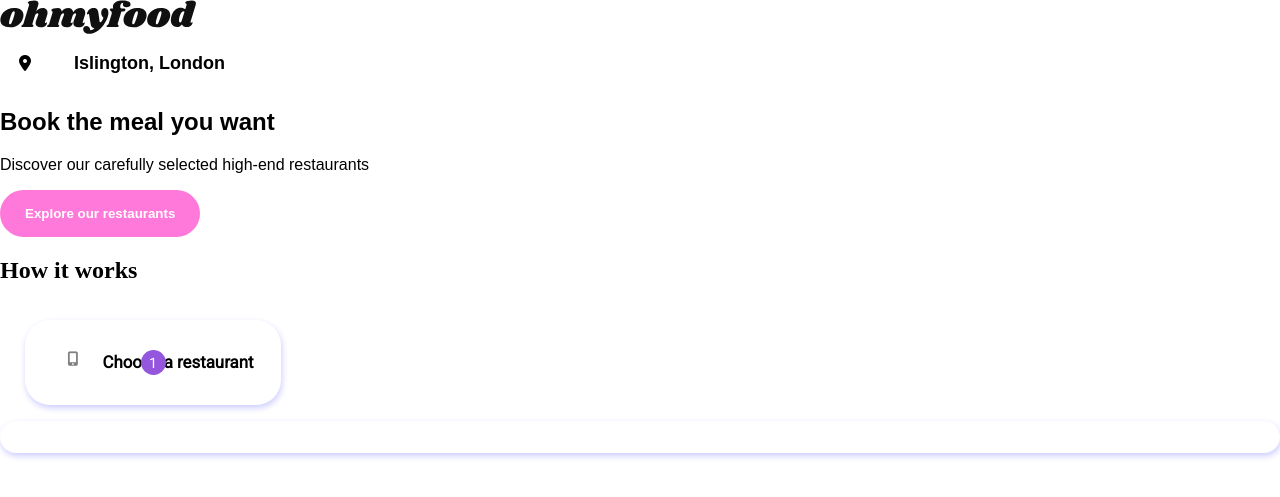
Repository: R1ptou/Project-3
Page: index.html
These files come from the project's save history. The page is drawn as it stood at one moment and after the next save; the edit follows.
The browser window is 1280 px wide. The pictures show the whole page.
Some web fonts or font styles are not loaded; a fallback is used. The style sheet was rebuilt from its Sass, Less or Tailwind sources for each picture, by a compiler version that may differ from the author's.

Above is the page before, as saved 2024-02-10 12:02:08.

### index.html
<!DOCTYPE html>
<html lang="en">
<head>
    <meta charset="UTF-8">
    <meta name="viewport" content="width=device-width, initial-scale=1.0">
    <title>ohmyfood</title>
    <link rel="preconnect" href="https://fonts.googleapis.com">
    <link rel="preconnect" href="https://fonts.googleapis.com">
    <link rel="preconnect" href="https://fonts.gstatic.com" crossorigin>
    <link href="https://fonts.googleapis.com/css2?family=Roboto&family=Shrikhand&display=swap" rel="stylesheet">
    <link rel="stylesheet" href="https://cdnjs.cloudflare.com/ajax/libs/font-awesome/6.2.1/css/all.min.css"
        integrity="sha512-MV7K8+y+gLIBoVD59lQIYicR65iaqukzvf/nwasF0nqhPay5w/9lJmVM2hMDcnK1OnMGCdVK+iQrJ7lzPJQd1w=="
        crossorigin="anonymous" referrerpolicy="no-referrer">
    <link rel="stylesheet" href="./css/style.css">
</head>
<body>
<!-- Header -->
    <div class="main-container">
        <header>
            <div class="logo"> <!-- Logo -->
               <img  src="./Images and text Ohmyfood/images/logo/ohmyfood@2x.svg" alt="ohmyfood logo" >
            </div>
            <form class="search-bar"> <!-- Search bar -->
                <div class="icon-search"><i class="text-black fa-solid fa-location-dot"></i></div>
                <input class="input-search" value="Islington, London" type="text">
            </form>
            <div class="headline"> <!-- Headline -->
                <h2>Book the meal you want</h2>
                <p>Discover our carefully selected high-end restaurants</p>
            </div>
            <button type="submit" class="button-search">Explore our restaurants</button> <!-- Submit button -->
        </header>
    </div>

<!-- How it works -->
    <section >
        <h2>How it works</h2>
        <div class="card-group">
        <a href="#" class="card">
            <i class="icon-no"> 1 </i>
            <i class="icon-pic fa-solid fa-mobile-screen-button"></i>
            <h3 class="card-text">Choose a restaurant</h3>
    </section>


<!-- Header -->
<!-- Header -->
<!-- Header -->

</body>
</html>

### scss/style.scss
/****** General ***********/

:root {
    --primary-color: #9356DC;
    --secondary-color: #FF79DA;
    --tertiary-color: #99E2D0;
}

body {
margin: 0;
padding: 0;
color: #000;
}

a {
    text-decoration: none;
}
/****** Header ***********/

/****** Logo ***********/

/****** Search bar ***********/

.search-bar {
    display: flex;
}

.icon-search {
    display: flex;
    justify-content: center;
    align-items: center;
    width: 50px;
    height: 50px;
    flex-shrink: 0;

}

.input-search {
    display: flex;
    border-width: 0;
    border-style: none;
    padding: 0 24px;
    font-weight: bold;
    font-size: 18px;
}
.input-search:focus {
    outline: none;
}

/****** Headline ***********/

.headline {
    font-family: "Shrikhand", sans-serif;
}


/****** Submit button ***********/

.button-search{
    padding: 16px 25px;
    color: #fff;
    font-weight: bold;
    background-color: var(--secondary-color);
    border-radius: 25px;
    border: none;
    justify-content: center;
}

.button-search:hover {


    background-color: var(--secondary-color);
    border-radius: 0 15px 15px 0px;
    border: none;
}

/****** How it works ***********/

.card-group {
    display: flex;
    flex-direction: column;
    justify-content: center;
    width: 20vw;
    padding: 16px 25px;
}

.card {
    display: flex;
    flex-direction: row;
    padding: 16px 25px;
    background: #fff;
    border-radius: 25px;
    box-shadow: 1px 3px 6px 0px rgba(0, 0, 255, .2);
    font: 0.9rem "Roboto", sans-serif;
    color: #000;
    justify-content: center;
    align-items: center;
}

.icon-pic {
    display: flex;
    flex-direction: row;
    background: none;
    color: grey;
    width: 20px;
    height: 20px;
    padding: 15px;
    flex-shrink: 0;
}

.icon-pic:hover {
    color: var(--primary-color);
}

.icon-no {
    position: absolute;

    background: var(--primary-color);
    border-radius: 50%;
    border: none;
    font: 0.9rem "Roboto", sans-serif;
    color: #fff;
    text-align: center;
    width: 15px;
    height: 15px;
    padding: 5px;
    flex-shrink: 0;
}

/****** Starters ***********/


/****** Mains ***********/


/****** Deserts ***********/


/****** Button ***********/

.btn {
    background-color: var(--primary-color);
}

/****** Label ***********/


/****** Icon ***********/


/****** Footer ***********/

After the next save:
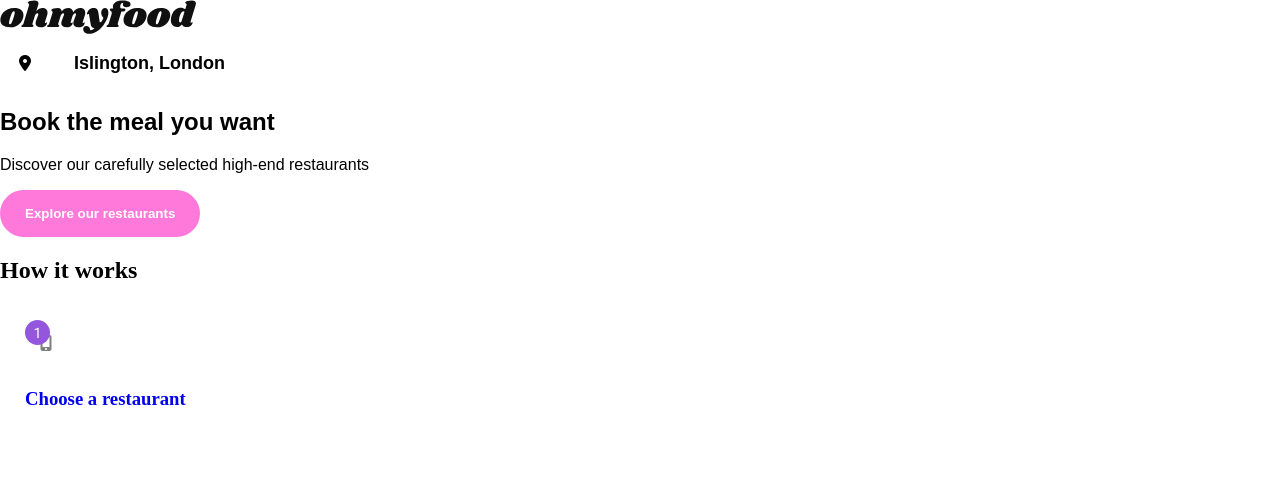
Saved 17 s later.
--- a/index.html
+++ b/index.html
@@ -36,7 +36,7 @@
     <section >
         <h2>How it works</h2>
         <div class="card-group">
-        <a href="#" class="card">
+        <a href="#" ">
             <i class="icon-no"> 1 </i>
             <i class="icon-pic fa-solid fa-mobile-screen-button"></i>
             <h3 class="card-text">Choose a restaurant</h3>

After the save that followed:
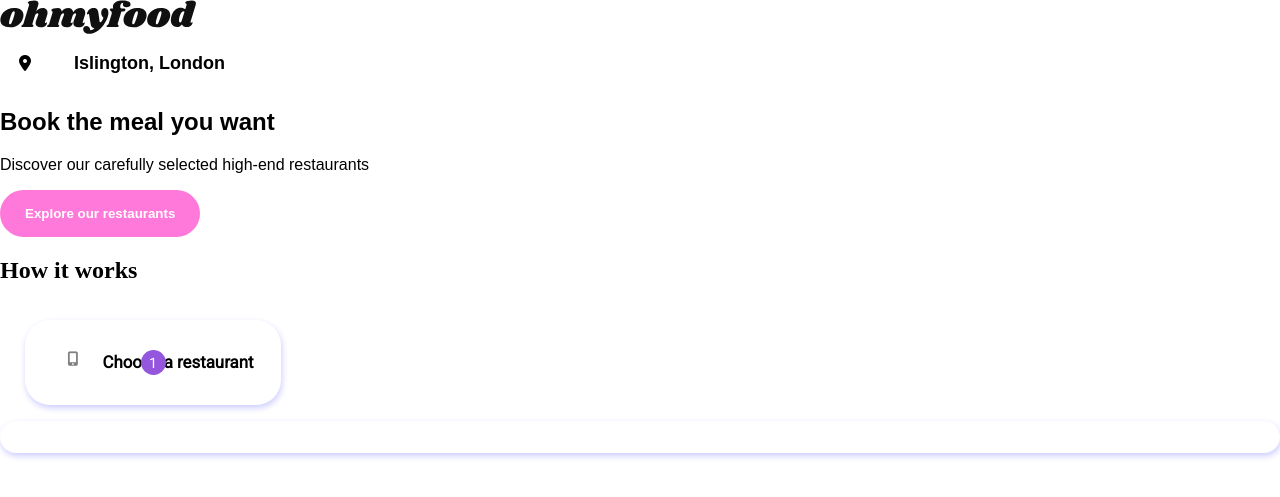
Saved 4 s later.
--- a/index.html
+++ b/index.html
@@ -36,7 +36,7 @@
     <section >
         <h2>How it works</h2>
         <div class="card-group">
-        <a href="#" ">
+        <a href="#" class="card">
             <i class="icon-no"> 1 </i>
             <i class="icon-pic fa-solid fa-mobile-screen-button"></i>
             <h3 class="card-text">Choose a restaurant</h3>
